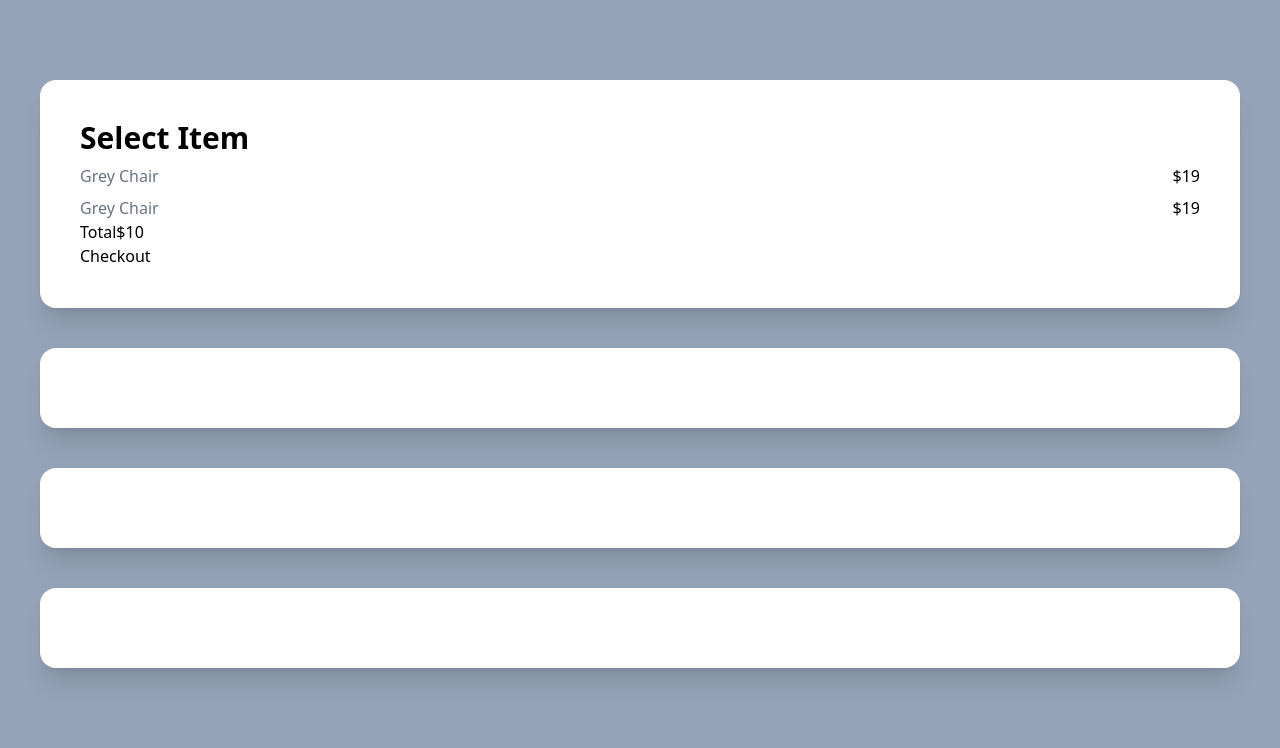
Repository: pjk0007/nextjs-carrot-marcket
Page: /
These files come from the project's save history. The page is drawn as it stood at one moment and after the next save; the edit follows.
The browser window is 1280 px wide. The pictures show the whole page.
The project was rebuilt for these pictures with package versions that can differ from the ones it lists, and the page was loaded fresh each time. The framework's server and built-in components were replaced by stand-ins that run in the browser. Also part of the build but not shown: next.config.js.

Above is the page before, as saved 2022-04-30 12:58:46.

After the next save:
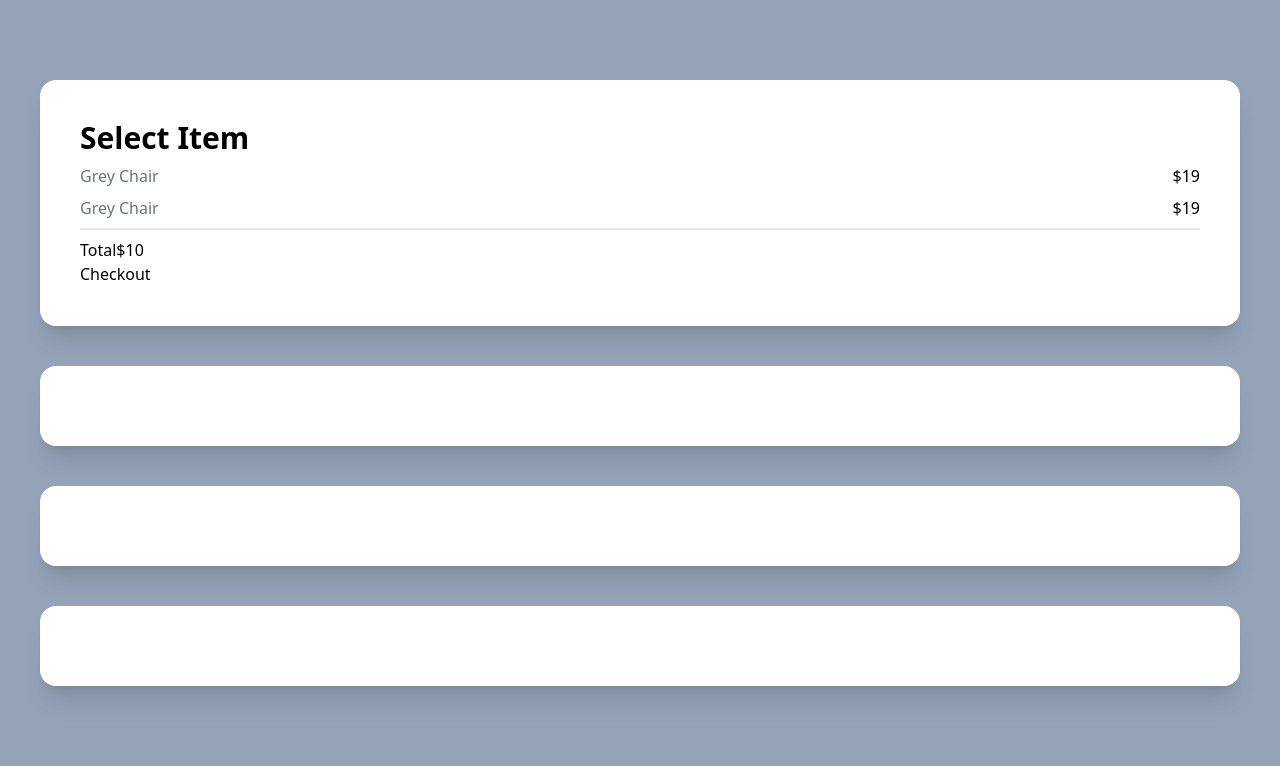
Saved 49 s later.
--- a/pages/index.tsx
+++ b/pages/index.tsx
@@ -12,7 +12,7 @@ const Home: NextPage = () => {
           <span className='text-gray-500'>Grey Chair</span>
           <span>$19</span>
         </div>
-        <div>
+        <div className='mt-2 pt-2 border-t-2'>
           <span>Total</span>
           <span>$10</span>
         </div>
